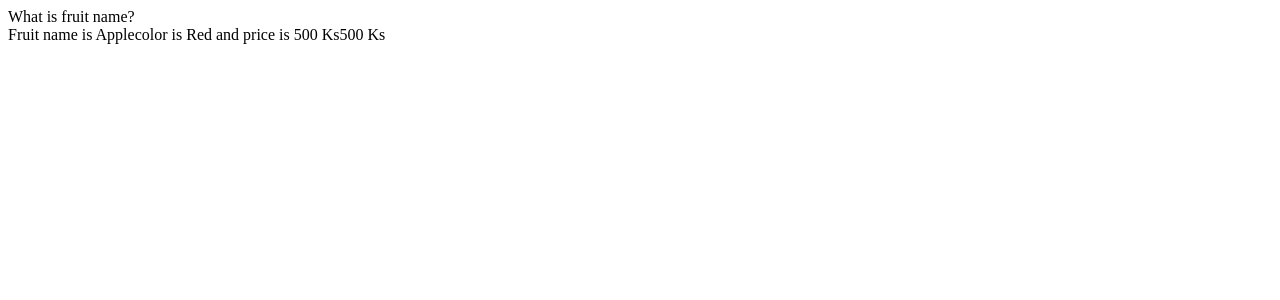
Repository: zinminkhantoo/assignment01
Page: http://localhost/OOP/Inhertance_Overwrite.php
An editor plug-in stored every save of this project. The page is shown before and after the next save, followed by the edit.
The browser window is 1280 px wide. The pictures show the whole page.
The page is run by PHP 8.4 with error messages shown; the project is at /var/www/html/.

Above is the page before, as saved 2020-04-09 06:33:08.

### Test/OOP/Inhertance_Overwrite.php
<?php
class Fruit{
    public $fruit;
    public $color;
    public $price;
    function __construct($name, $color) {
        $this->fruit = $name;
        $this->color = $color;
    }
    protected function GetInfo() {
        echo "Fruit name is ".$this->fruit."color is ".$this->color." and price is ".$this->price;
    }
}

class Apple extends Fruit {
    function __construct($name, $color,$price) {
        $this->fruit = $name;
        $this->color = $color;
        $this->price = $price;
    }
    function Name() {
        echo "What is fruit name?</br>";
        $this->GetInfo();
        echo $this->price;

    }

}

$apple = new Apple("Apple","Red","500 Ks");
$apple->Name();
?>

After the next save:
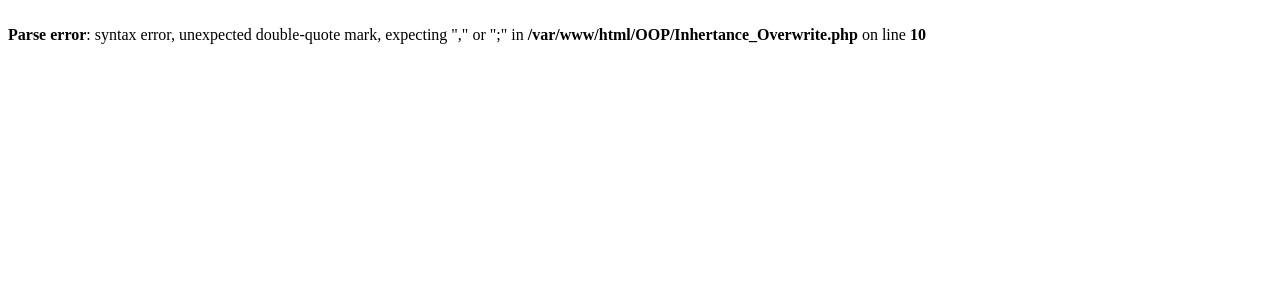
Saved 92 s later.
--- a/Test/OOP/Inhertance_Overwrite.php
+++ b/Test/OOP/Inhertance_Overwrite.php
@@ -2,17 +2,17 @@
 class Fruit{
     public $fruit;
     public $color;
-    public $price;
     function __construct($name, $color) {
         $this->fruit = $name;
         $this->color = $color;
     }
     protected function GetInfo() {
-        echo "Fruit name is ".$this->fruit."color is ".$this->color." and price is ".$this->price;
+        echo "Fruit name is ".$this->fruit."color is ".$this->color";
     }
 }
 
 class Apple extends Fruit {
+    public $price;
     function __construct($name, $color,$price) {
         $this->fruit = $name;
         $this->color = $color;

After the save that followed:
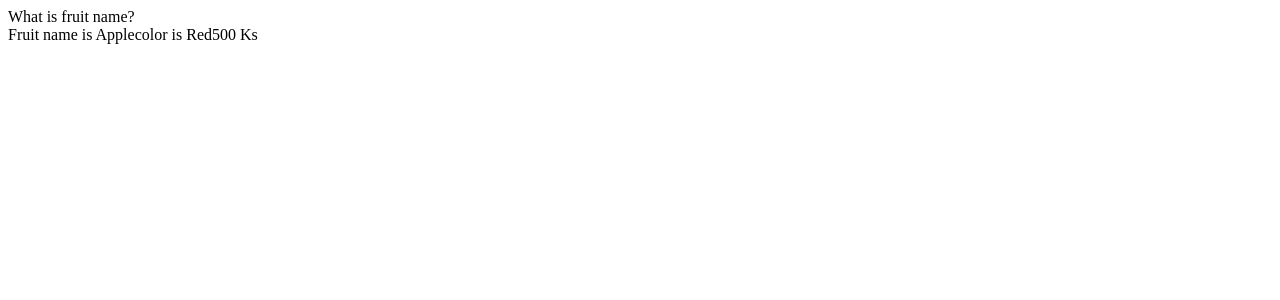
Saved 44 s later.
--- a/Test/OOP/Inhertance_Overwrite.php
+++ b/Test/OOP/Inhertance_Overwrite.php
@@ -7,7 +7,7 @@
         $this->color = $color;
     }
     protected function GetInfo() {
-        echo "Fruit name is ".$this->fruit."color is ".$this->color";
+        echo "Fruit name is ".$this->fruit."color is ".$this->color;
     }
 }
 
